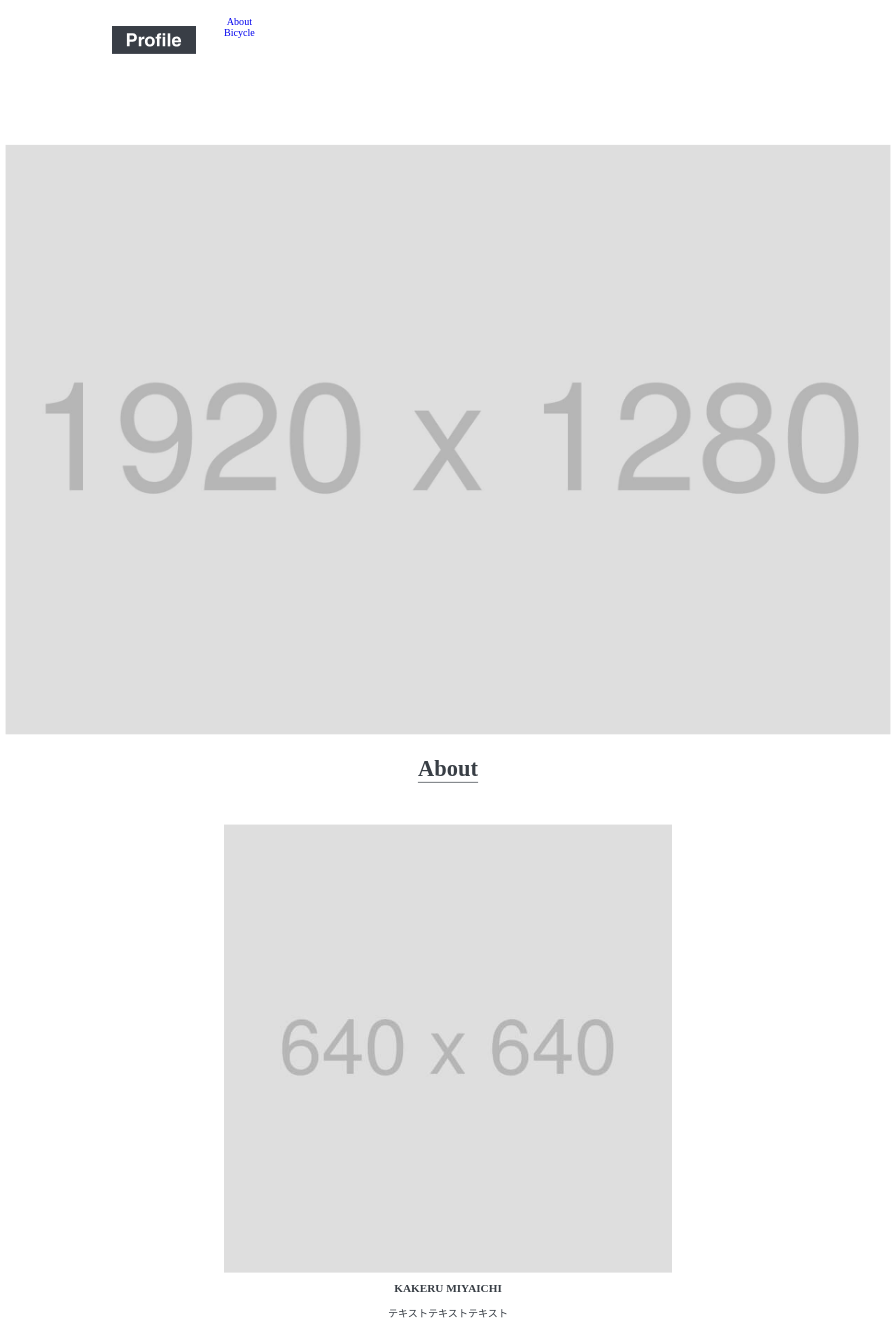
Repository: Fuki-san/bicycle
Page: http://localhost/bicycle
The author's editor kept a copy of each file at every save. The page is drawn from the files as they stood at one save, then again after a run of saves.
The browser window is 1280 px wide. The pictures show the part of the page from y = 0 to 1920 px (the page is 4082 px tall), at 70% of full size.
The page is served by the project's Laravel application, run on PHP 8.4 with Laravel 10.

Above is the page before, as saved 2023-11-16 15:04:47.

After the next 6 saves:
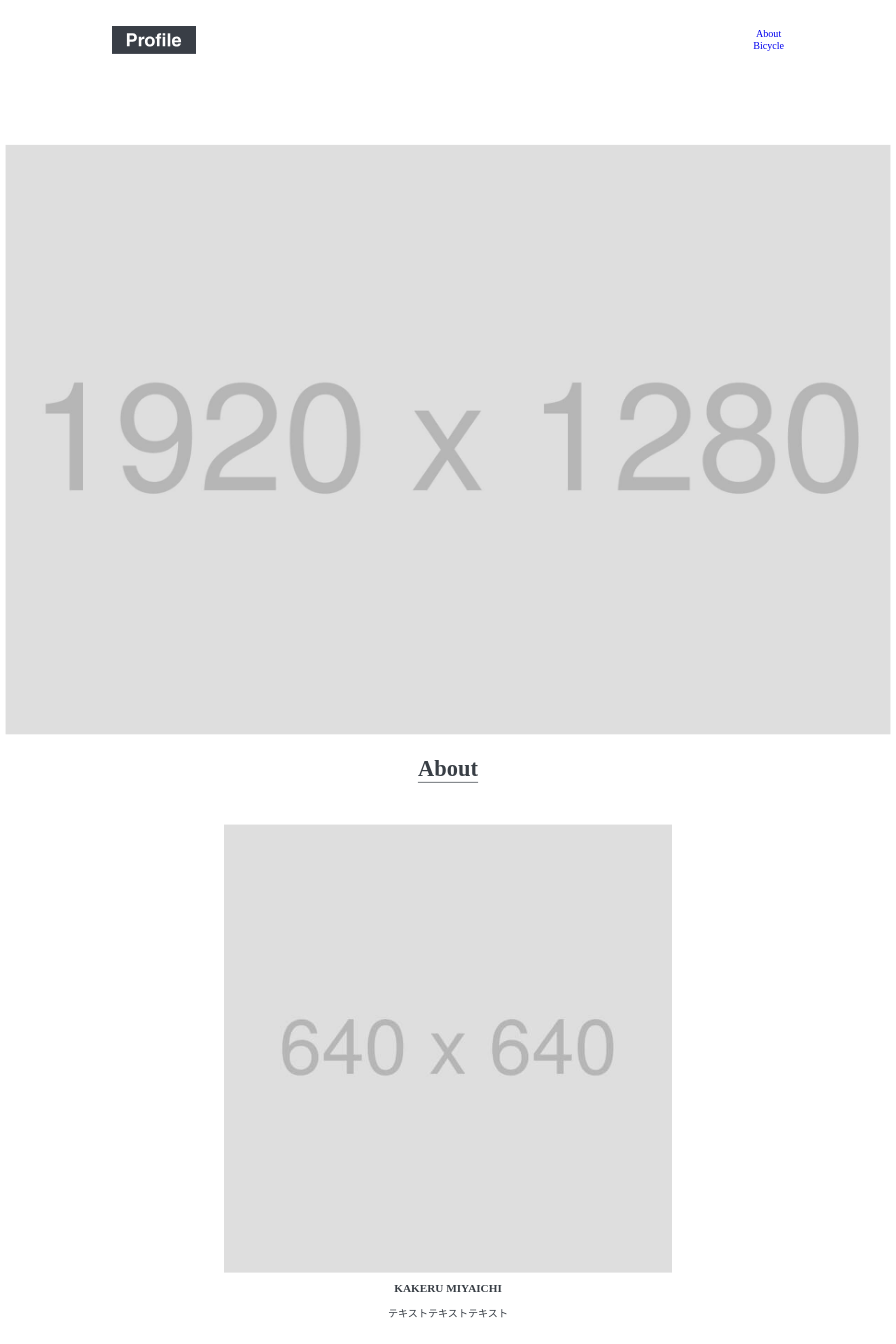
The 6 saves are shown as one change because they came seconds apart.
The last was saved 16 s later.
--- a/public/css/style.css
+++ b/public/css/style.css
@@ -55,4 +55,7 @@
 
 #header{
     display: flex;
+    justify-content: space-between;
+    align-items: center;
+    margin: ;
 }
